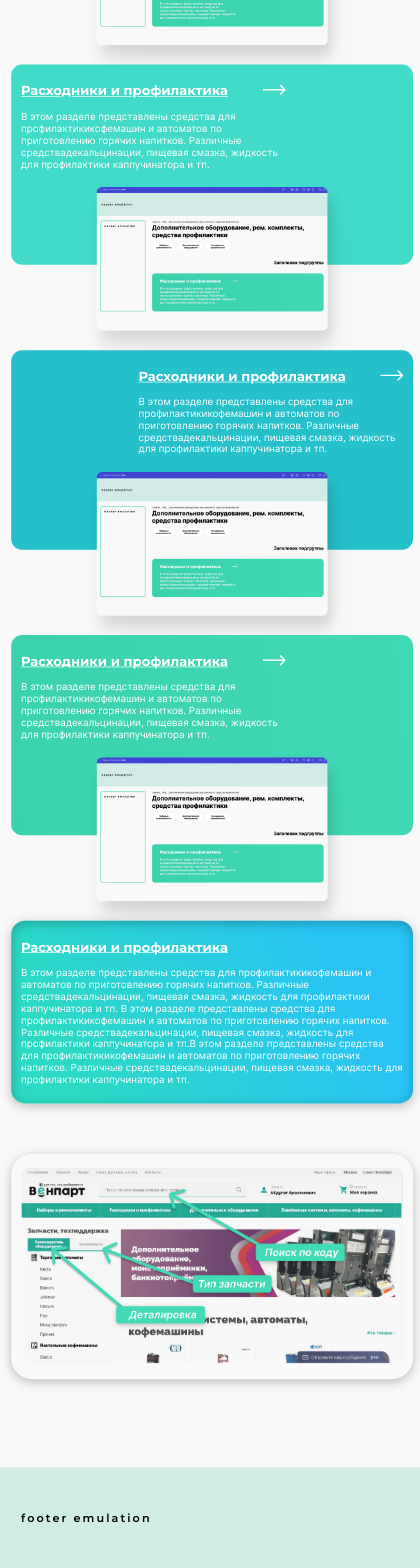
Repository: axonde/venpart-faq-pages
Page: index.html
These files come from the project's save history. The page is drawn as it stood at one moment and after the next save; the edit follows.
The browser window is 600 px wide. The pictures show the part of the page from y = 966 to 3206 px (the page is 3206 px tall), at 70% of full size.

Above is the page before, as saved 2024-02-28 20:33:59.
Not found: faq-photo-deco.svg;

After the next save:
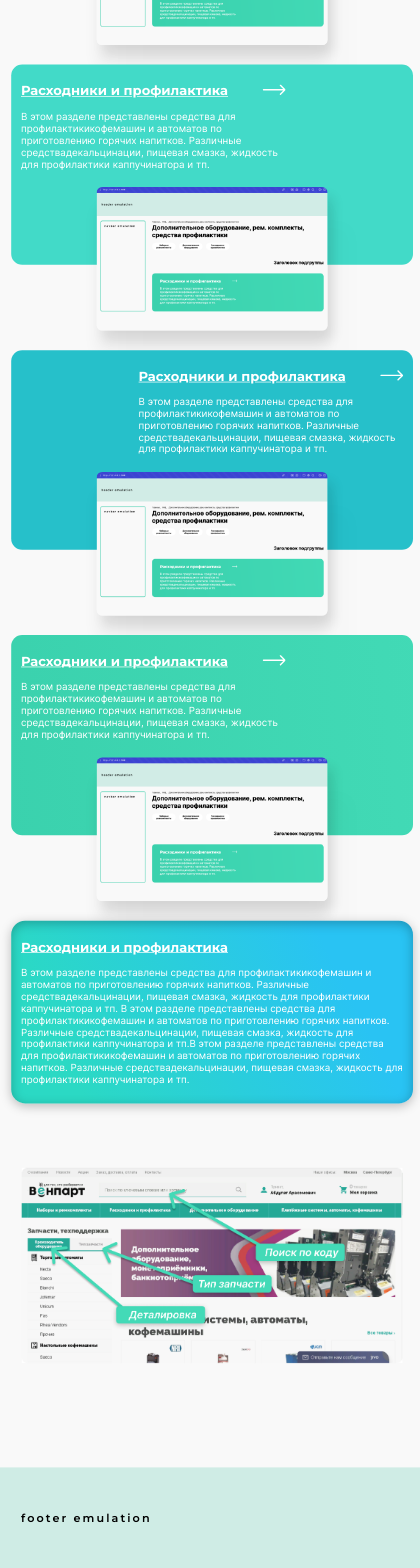
Saved 86 s later.
--- a/style.css
+++ b/style.css
@@ -706,7 +706,7 @@ scrollbar-width: none; /* Firefox */}
 	.faq__item.no-photo .faq__item--text-wrapper {margin-bottom: 0;}
 	.faq__item--image, .faq__item:nth-child(2n) .faq__item--image {top: calc(100% - 85px); left: calc(50% - 165px);}
 	.faq__item::after {display: none;}
-	.faq__image {padding: 20px 15px; background-image: url('faq-photo-deco.svg;'); background-size: contain; background-repeat: no-repeat;}
+	.faq__image {padding: 20px 15px; background-image: url('faq-photo-deco.svg;'); background-size: contain; background-repeat: no-repeat; box-shadow: none;}
 }
 
 
